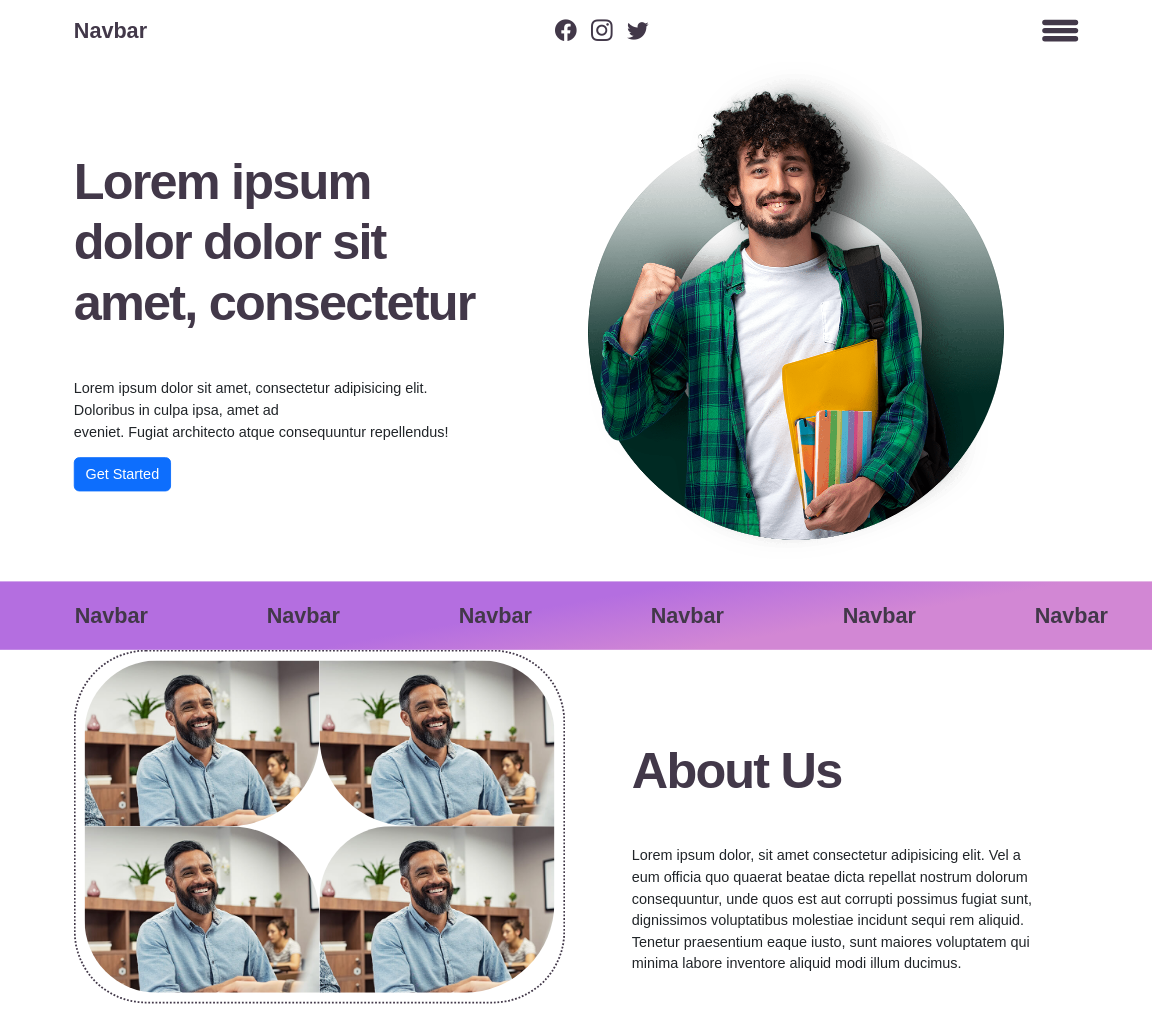
Repository: tagnam/project27012025
Page: index.html
The author's editor kept a copy of each file at every save. The page is drawn from the files as they stood at one save, then again after the next save.
The browser window is 1280 px wide. The pictures show the whole page, at 90% of full size.

Above is the page before, as saved 2025-01-27 16:42:40.

### index.html
<!DOCTYPE html>
<html lang="en">
<head>
    <meta charset="UTF-8">
    <meta name="viewport" content="width=device-width, initial-scale=1.0">
    <link href="https://cdn.jsdelivr.net/npm/bootstrap@5.3.3/dist/css/bootstrap.min.css" rel="stylesheet" integrity="sha384-QWTKZyjpPEjISv5WaRU9OFeRpok6YctnYmDr5pNlyT2bRjXh0JMhjY6hW+ALEwIH" crossorigin="anonymous">
    <link rel="stylesheet" href="style/css/index.css">
    <link rel="stylesheet" href="style/css/animation.css">
    <link rel="stylesheet" href="style/css/responsive.css">
    <title>project27012025</title>
</head>
<body>
<header>
    <!-- --------------------------------------------start nav bar ------------------------------->
    <nav class="navbar navbar-expand-lg custom-nav">
        <div class="container">
          <div class="collapse navbar-collapse justify-content-between" id="navbarSupportedContent">
            <a class="navbar-brand" href="#">Navbar</a>
            <ul class="navbar-nav  ">

              <li class="nav-item">
                <a class="nav-link" href="#"><i class="bi bi-facebook"></i></a>
              </li>
              <li class="nav-item">
                <a class="nav-link" href="#"><i class="bi bi-instagram"></i></a>
              </li>
              <li class="nav-item">
                <a class="nav-link" href="#"><i class="bi bi-twitter"></i></a>
              </li>
            </ul>
            <div class="d-flex">
               <div class="menu-container" type="button" data-bs-toggle="offcanvas" data-bs-target="#offcanvasExample" aria-controls="offcanvasExample">
                <span class="span-menu-01 menu-icon"></span>
                <span class="span-menu-02 menu-icon"></span>
                <span class="span-menu-03 menu-icon"></span>
            </div>
            </div>
          </div>
        </div>
      </nav>

      <!-- ------------------------------start offcanvas ---------------------------------------->
      <div class="offcanvas offcanvas-start " tabindex="-1" id="offcanvasExample" aria-labelledby="offcanvasExampleLabel">
        <div class="offcanvas-header">
          <h5 class="offcanvas-title" id="offcanvasExampleLabel">Offcanvas</h5>
          <button type="button" class="btn-close text-reset" data-bs-dismiss="offcanvas" aria-label="Close"></button>
        </div>
        <div class="offcanvas-body">
          <div>
            Some text as placeholder. In real life you can have the elements you have chosen. Like, text, images, lists, etc.
          </div>
          <div class="dropdown mt-3">
            <button class="btn btn-secondary dropdown-toggle" type="button" id="dropdownMenuButton" data-bs-toggle="dropdown">
              Dropdown button
            </button>
            <ul class="dropdown-menu" aria-labelledby="dropdownMenuButton">
              <li><a class="dropdown-item" href="#">Action</a></li>
              <li><a class="dropdown-item" href="#">Another action</a></li>
              <li><a class="dropdown-item" href="#">Something else here</a></li>
            </ul>
          </div>
        </div>
      </div>
       <!-- -----------------------------end offcanvas ------------------------------------------->
      <!------------------------------------------------ end navbar ----------------------------->


</header>
<section class="hero-section">
    <div  class="container" style="height: 100%;">
        <div class="row" >
            <div class="col-lg-6 col-md-6 col-sm-12">
                <div class="banner-content ">
                    <h1>Lorem ipsum dolor  dolor sit amet, consectetur </h1>
                    <p>Lorem ipsum dolor sit amet, consectetur adipisicing elit. Doloribus in culpa ipsa, amet ad<br> eveniet. Fugiat architecto atque consequuntur repellendus!</p>
                    <button class="btn btn-primary">Get Started</button>
                </div>
            </div>
            <div class="col-lg-6 col-md-6 col-sm-12">
                <div class="banner-img d-flex justify-content-end">
                    <img src="image/hero-banner-01.webp" class="w-100" alt="">

            </div>

        </div>
    </div>
    <!-- <div class="row">
        <div class="col-lg-6 col-md-6 col-sm-12 d-flex justify-content-start">
            <div class="banner-btn">
                <a class="btn custom-btn btn-outline-success"> Get Started </a>
            </div>
        </div>
        <div class="col-lg-6 col-md-6 col-sm-12 d-flex justify-content-end">
             <div class="banner-footer-text">
                <p>Lorem ipsum dolor sit amet <br>consectetur adipisicing elit. Numquam, vel.</p>
             </div>

    </div>
 </div> -->
  </section>


<section class="client-section">
    <div class="container-fluid">
       <div class="row  row-cols-3 row-cols-md-6 g-4">
        <div class="col client-logo">
            <a class="navbar-brand w-25" href="#">Navbar</a>
        </div>
        <div class="col client-logo">
            <a class="navbar-brand w-25" href="#">Navbar</a>
        </div>
        <div class="col client-logo">
            <a class="navbar-brand w-25" href="#">Navbar</a>
        </div>
        <div class="col client-logo">
            <a class="navbar-brand w-25" href="#">Navbar</a>
        </div>
        <div class="col client-logo">
            <a class="navbar-brand w-25" href="#">Navbar</a>
        </div>
        <div class="col client-logo">
            <a class="navbar-brand w-25" href="#">Navbar</a>
        </div>

    </div>
    </div>
</section>

<section>
    <div class="container">
        <div class="row">
            <div class="col-lg-6 col-md-6 col-sm-12">
                <div class="about-row row  row-cols-1 row-cols-md-2 g-0">
                    <div class="col">
                        <div class="img">
                            <img src="image/elearning-08.jpg" class="about-row-img-01 w-100" alt="">
                        </div>
                    </div>
                    <div class="col">
                        <div class="img">
                            <img src="image/elearning-08.jpg" class="about-row-img-02 w-100" alt="">
                        </div>
                    </div>
                    <div class="col">
                        <div class="img">
                            <img src="image/elearning-08.jpg" class="about-row-img-03 w-100" alt="">
                        </div>
                    </div>
                    <div class="col">
                        <div class="img">
                            <img src="image/elearning-08.jpg" class="about-row-img-04 w-100" alt="">
                        </div>
                    </div>
                </div>
            </div>
            <div class="col-lg-6 col-md-6 col-sm-12">
                <div class="about-content">
                    <div class="main-heading">
                        <h2>About Us </h2>
                        <p>Lorem ipsum dolor, sit amet consectetur adipisicing elit. Vel a eum officia quo quaerat beatae dicta repellat nostrum dolorum consequuntur, unde quos est aut corrupti possimus fugiat sunt, dignissimos voluptatibus molestiae incidunt sequi rem aliquid. Tenetur praesentium eaque iusto, sunt maiores voluptatem qui minima labore inventore aliquid modi illum ducimus.</p>
                    </div>

                </div>
            </div>

        </div>
    </div>
</section>
<script src="https://cdn.jsdelivr.net/npm/bootstrap@5.3.3/dist/js/bootstrap.bundle.min.js" integrity="sha384-YvpcrYf0tY3lHB60NNkmXc5s9fDVZLESaAA55NDzOxhy9GkcIdslK1eN7N6jIeHz" crossorigin="anonymous"></script>
<script src="style/js/custom.js"></script>
</body>
</html>

### style/css/index.css
@import url("https://cdn.jsdelivr.net/npm/bootstrap-icons@1.11.3/font/bootstrap-icons.min.css");

*{
 margin: 0;
padding: 0;
box-sizing: border-box;
}

:root{
    --dark-color:#423849;
    --semi-dark-color:#b46ee0;
    --light-color:#d287d4;
    --white-color:#fff;
    --main-heading-font-size: 3.5rem;
    --subheading-font-size: 2rem;
    --paragraph-font-size: 1rem;


}


body{
    font-family: 'Poppins', sans-serif;


}

/* header{
    position: fixed;
    top: 0;
    z-index: 1000;
width: 100%;
} */

.navbar-brand{
    font-size: 1.5rem;
    font-weight: 800;
    color: var(--dark-color);
}

.menu-icon{
    display: block;
    width: 40px;
    height: 6px;
    background-color: var(--dark-color);
    margin: 3px auto;
    border-radius: 20px;
    cursor: pointer;
}


.nav-link .bi{
    font-size: 1.5rem;
    color: var(--dark-color);
}

.banner-content{
    margin: 100px auto;
    padding-right: 100px;
}

.banner-content h1{
    color: var(--dark-color);
    font-weight: 800;
    /* font-size: 55px; */
    font-size: var(--main-heading-font-size);
    letter-spacing: -2px;
    margin: 50px 0px;
}
/* .hero-section{
   background-image: url(/image/business-banner.jpg);
    background-size: cover;
    background-position: center;
    height: 100vh;
} */

.banner-footer-text p{
    color: var(--dark-color);

}


.client-section{
    background: linear-gradient(-190deg, rgba(180,110,224,1) 45%, rgba(210,135,212,1) 70%);
    padding: 20px 0px;
    overflow: hidden;
}

.client-logo{
    display: flex;
    justify-content: center;
    align-items: center;
    flex-wrap: wrap;
    color: var(--white-color);
}
.about-row {
    border: 2px dotted var(--dark-color);
    padding: 10px;
    border-radius: 80px;
}

.about-row-img-01{
    border-top-left-radius: 80px;
    border-bottom-right-radius: 100px;
}


.about-row-img-02{
    border-top-right-radius: 80px;
    border-bottom-left-radius: 100px;
}

.about-row-img-03{
    border-bottom-left-radius: 80px;
    border-top-right-radius: 100px;
}

.about-row-img-04{
    border-top-left-radius: 80px;
    border-bottom-right-radius: 100px;
}


.about-content{
    padding: 50px;
}

.main-heading h2{
    color: var(--dark-color);
    font-weight: 800;
    /* font-size: 55px; */
    font-size: var(--main-heading-font-size);
    letter-spacing: -2px;
    margin: 50px 0px;
}

Loaded but not shown: style/js/custom.js (no copy from this time; the picture is the same without it); style/css/animation.css (no stored copy; drawn as an empty file); style/css/responsive.css (no stored copy; drawn as an empty file)

After the next save:
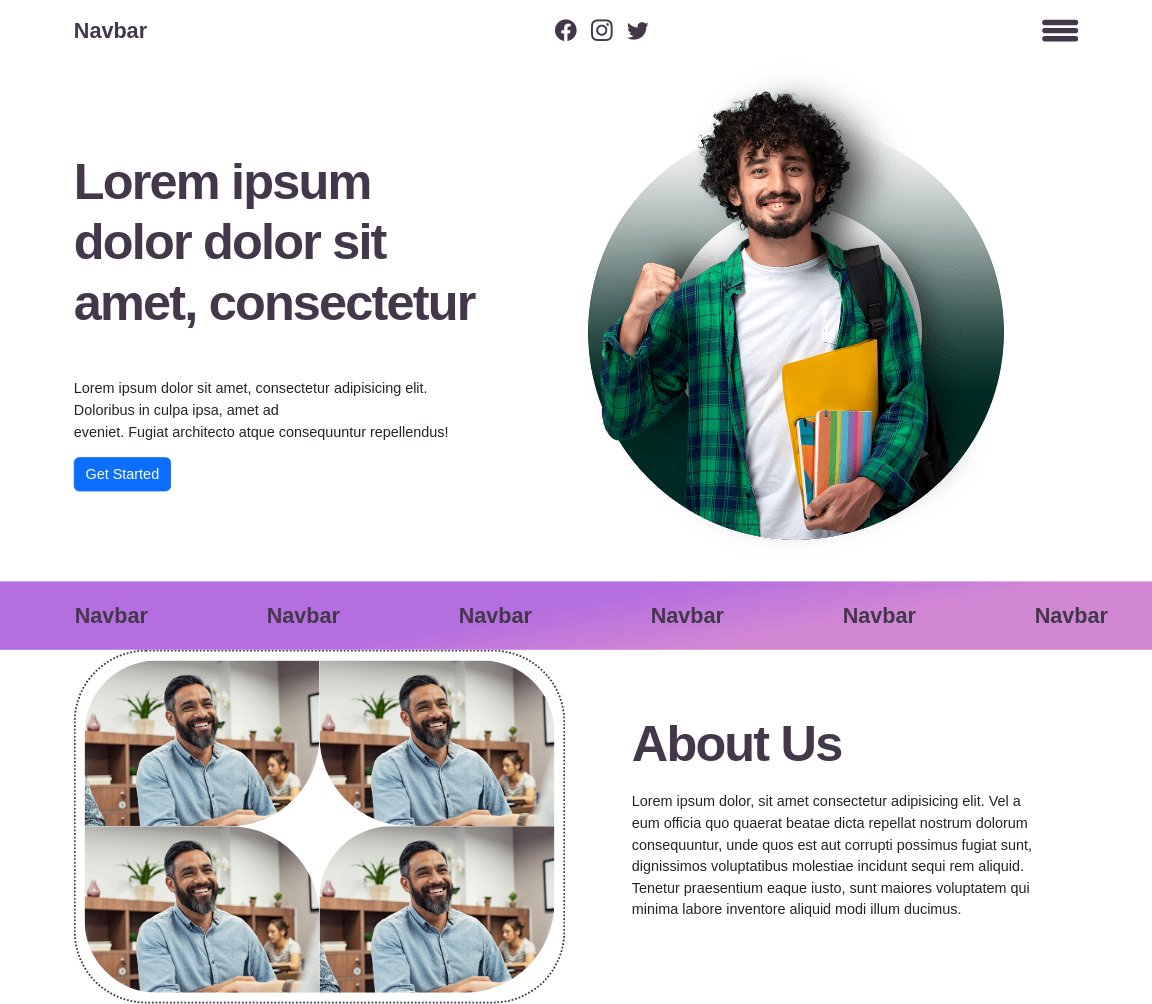
Saved 13 s later.
--- a/style/css/index.css
+++ b/style/css/index.css
@@ -131,5 +131,5 @@ width: 100%;
     /* font-size: 55px; */
     font-size: var(--main-heading-font-size);
     letter-spacing: -2px;
-    margin: 50px 0px;
+    margin: 20px 0px;
 }
